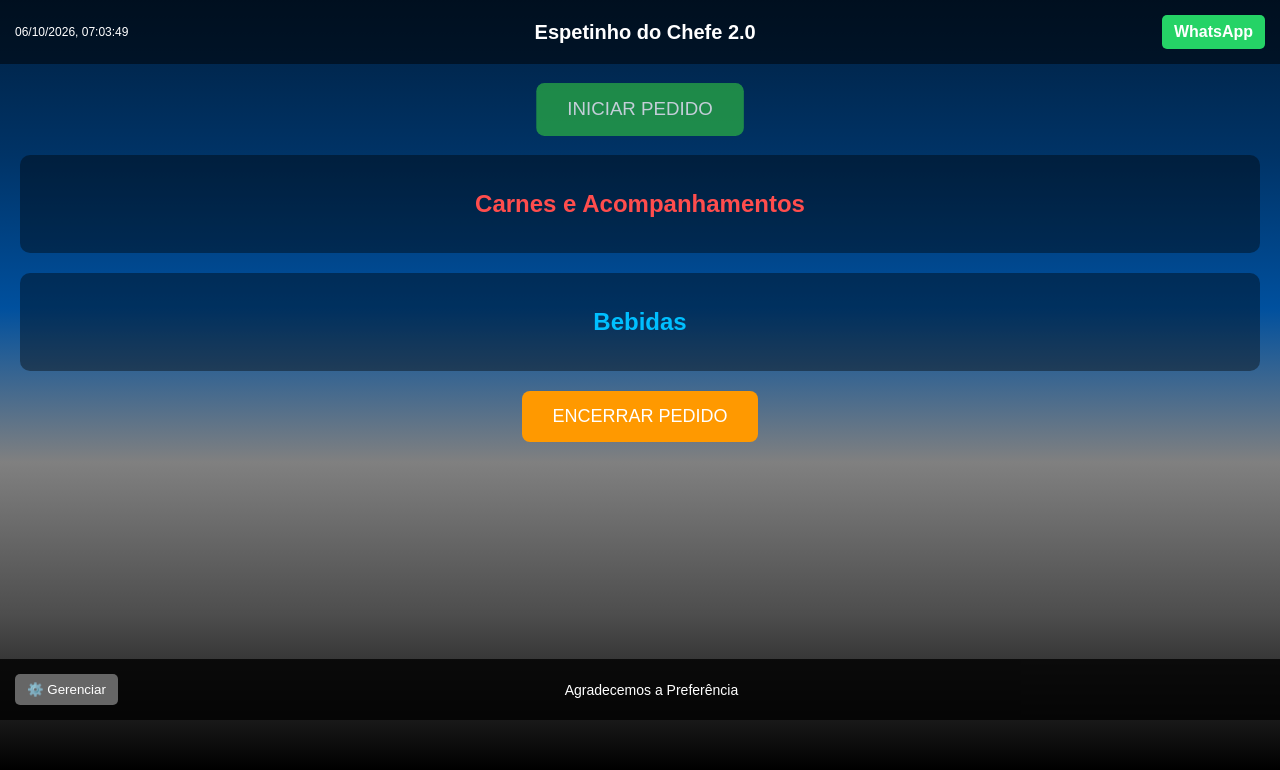
Repository: JeffRodFer/skewersOrder
Page: frontend/index.html
The author's editor kept a copy of each file at every save. The page is drawn from the files as they stood at one save, then again after a run of saves.
The browser window is 1280 px wide. The pictures show the whole page.
The page's requests for data from a server got no answer.

Above is the page before, as saved 2026-10-08 01:23:00.

After the next 3 saves:
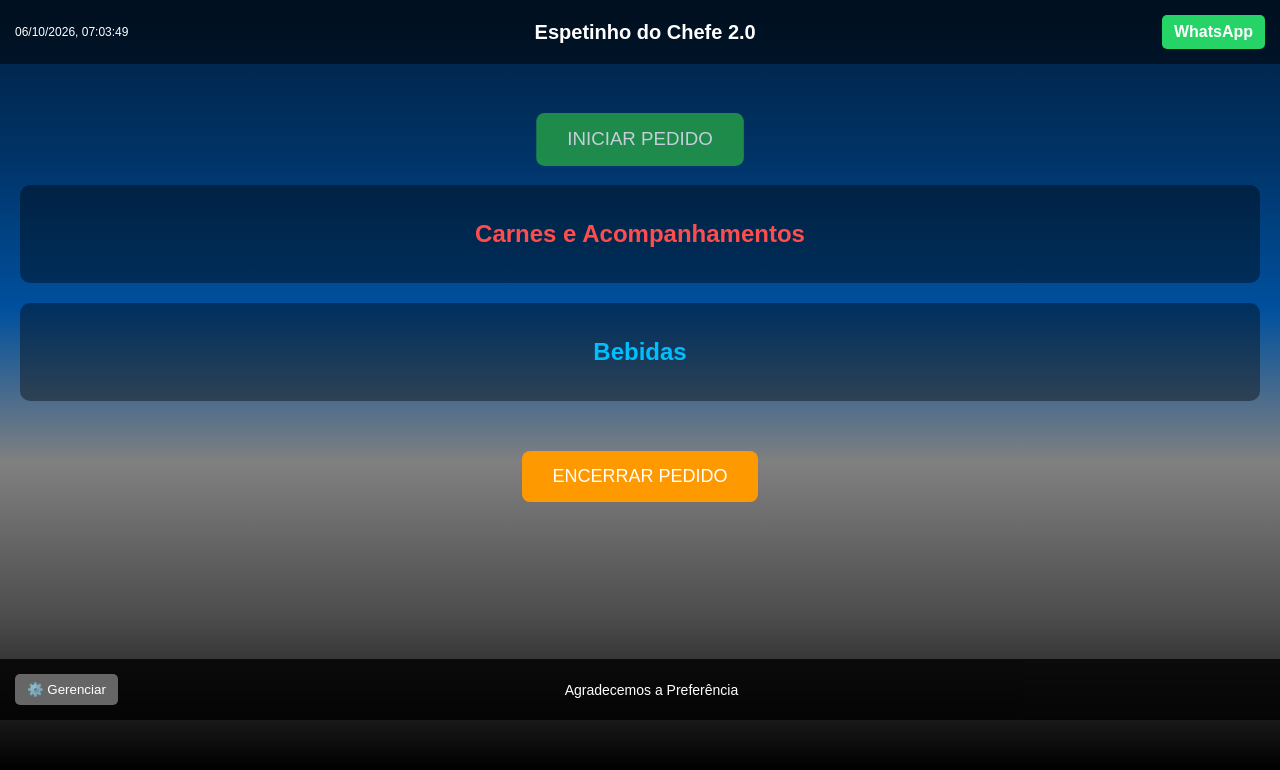
The 3 saves are shown as one change because they came seconds apart.
The last was saved 6 s later.
--- a/frontend/style.css
+++ b/frontend/style.css
@@ -47,7 +47,7 @@ header {
     border-radius: 8px;
     cursor: pointer;
     animation: piscar 1.5s infinite ease-in-out;
-    margin-top: ;
+    margin-top: 30px;
 }
 @keyframes piscar {
     0% { opacity: 1; transform: scale(1); }
